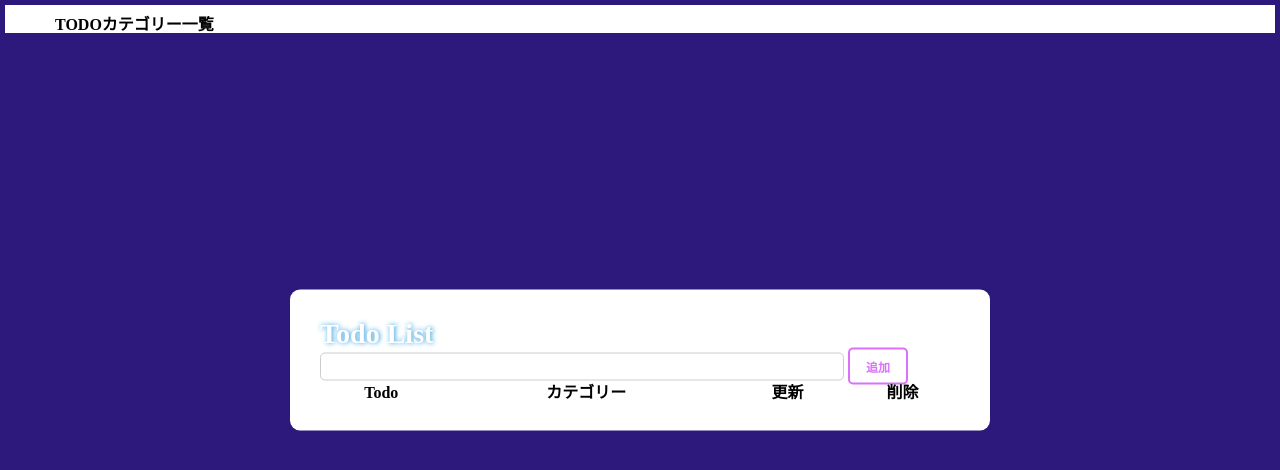
Repository: azuma2/cate
Page: http://localhost/
These files come from the project's save history. The page is drawn as it stood at one moment and after a run of saves; the edit follows.
The browser window is 1280 px wide. The pictures show the whole page.
The page is served by the project's Laravel application, run on PHP 8.4 with Laravel 8. Queries for data that is not in the repository find no rows.

Above is the page before, as saved 2022-05-17 02:41:56.

After the next 7 saves:
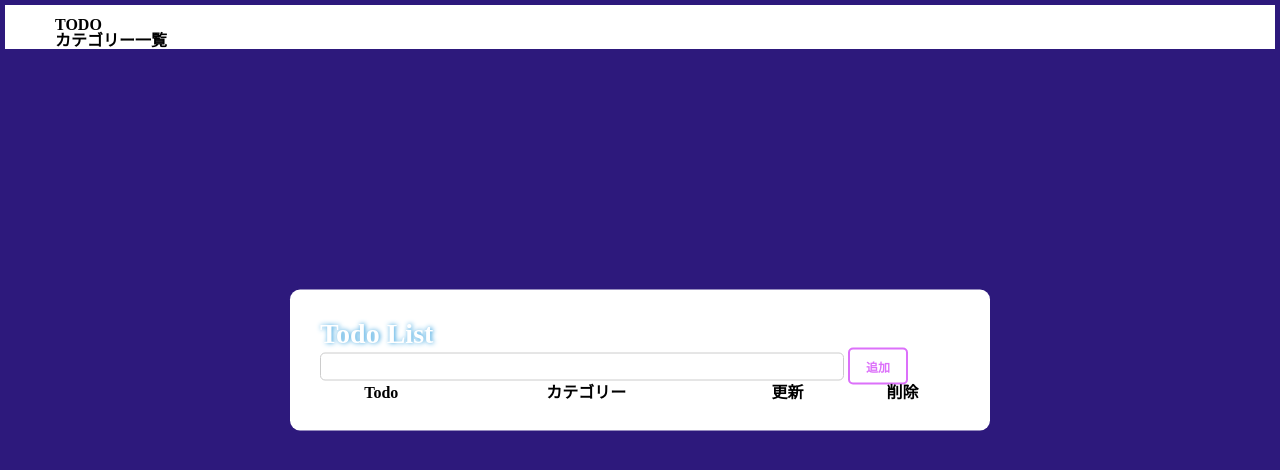
The 7 saves are shown as one change because they came seconds apart.
The last was saved 55 s later.
--- a/resources/views/index.blade.php
+++ b/resources/views/index.blade.php
@@ -25,28 +25,20 @@ header{
 }
 .head {
   justify-content: space-between;
-    display: flex;
-        font-weight: bolder;
-        position: sticky;
-    bottom: 0;
-
-
+  display: flex;
+  font-weight: bolder;
+  position: sticky;
+  bottom: 0;
 }
 
 
 
 
 ul{
-
-
     list-style: none;
   margin-top: -8px;
 }
 
-ul{
-   display: flex;
-    list-style: none;
-}
     td {
       padding: 5px 10px;
       text-align: center;
